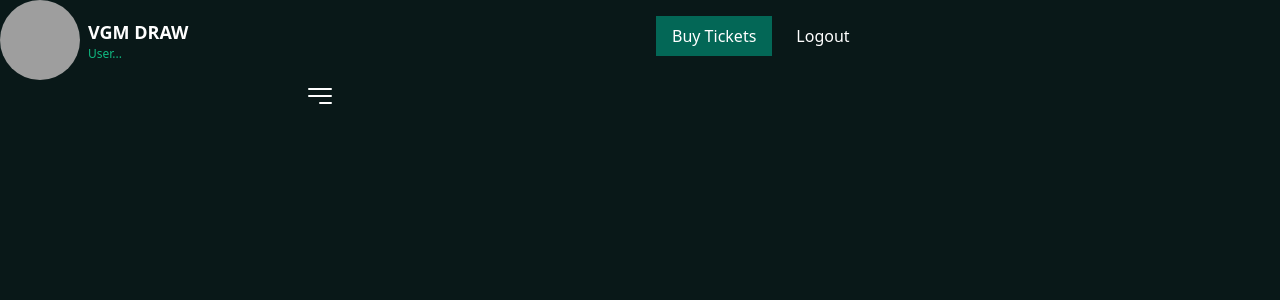
Repository: venu-369/lottery-web3
Page: /
An editor plug-in stored every save of this project. The page is shown before and after the next save, followed by the edit.
The browser window is 1280 px wide. The pictures show the whole page.
Pictures or frames that could not be fetched are drawn as grey boxes. The project was rebuilt for these pictures with package versions that can differ from the ones it lists, and the page was loaded fresh each time. The framework's server and built-in components were replaced by stand-ins that run in the browser. Also part of the build but not shown: next.config.js.

Above is the page before, as saved 2023-01-11 14:32:59.

After the next save:
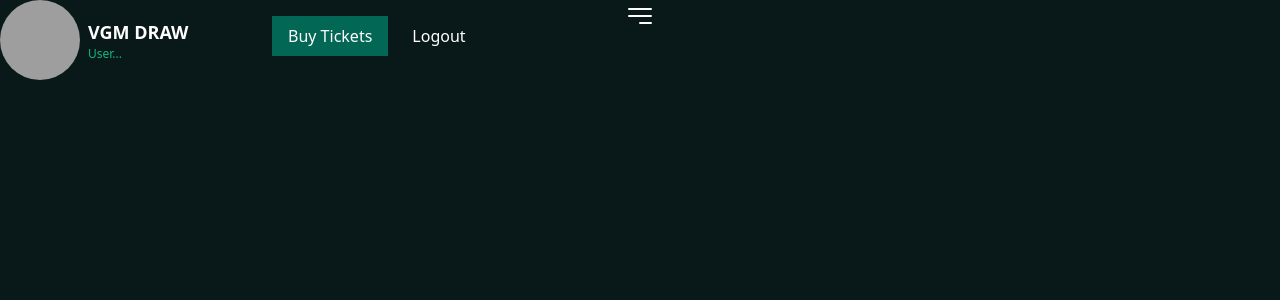
Saved 19 s later.
--- a/components/Header.tsx
+++ b/components/Header.tsx
@@ -4,7 +4,7 @@
 
 const Header = () => {
   return (
-    <header className='grid grid-cols-2' >
+    <header className='grid grid-cols-2 md:grid-cols-5' >
         <div className="flex items-center space-x-2">
             <img
              className='rounded-full h-20 w-20'
